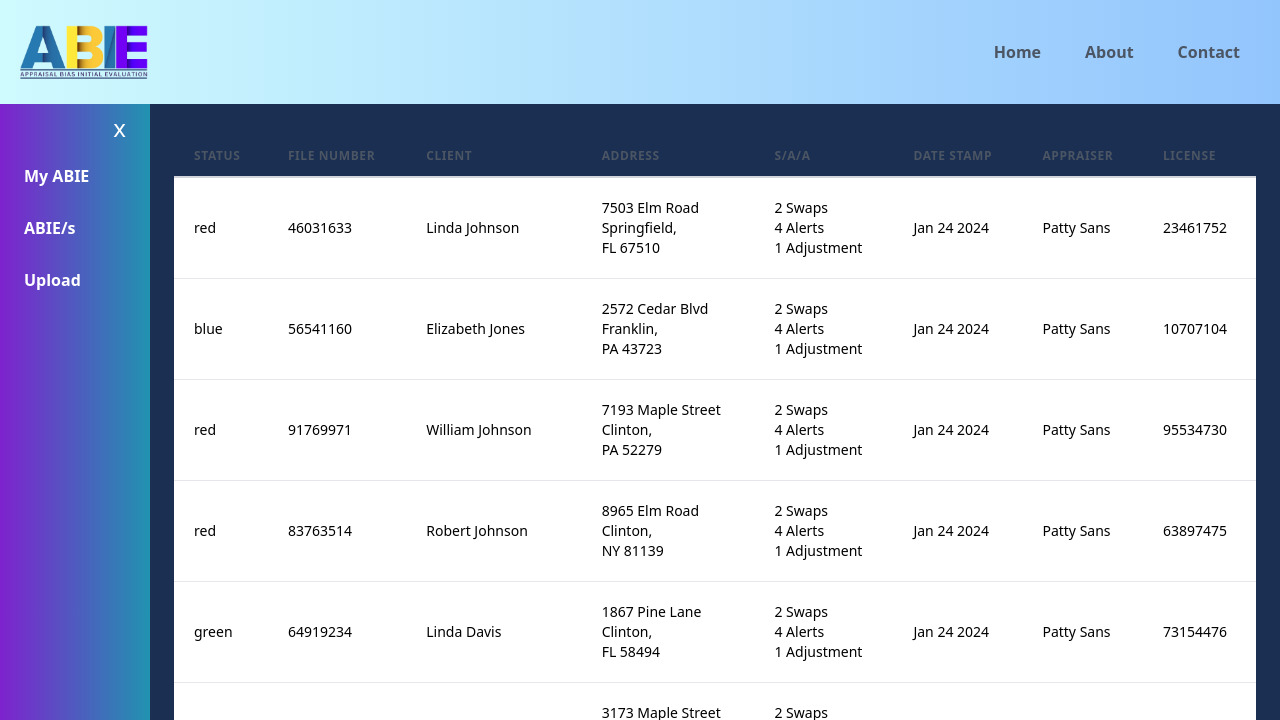
Repository: WafulaLukorito/Abie-frontend
Page: /dashboard
An editor plug-in stored every save of this project. The page is shown before and after the next save, followed by the edit.
The browser window is 1280 px wide. The pictures show the whole page.
An inner scrolling area shows only its first screen. The project was rebuilt for these pictures with package versions that can differ from the ones it lists, and the page was loaded fresh each time. Also part of the build but not shown: vite.config.js, src/components/Header/Button.jsx, src/components/Header/Links.jsx, src/components/Header/index.jsx, src/pages/Home.jsx, src/pages/About.jsx.

Above is the page before, as saved 2024-01-26 18:49:32.

### index.html
<!doctype html>
<html lang="en">
  <head>
    <meta charset="UTF-8" />
    <link rel="icon" type="image/svg+xml" href="src\assets\logo.png" />
    <meta name="viewport" content="width=device-width, initial-scale=1.0" />
    <title>Vite + React</title>
  </head>
  <body>
    <div id="root"></div>
    <script type="module" src="/src/main.jsx"></script>
  </body>
</html>

### src/main.jsx
import React from 'react'
import ReactDOM from 'react-dom/client'
import './index.css'
import { createBrowserRouter, RouterProvider } from 'react-router-dom'

//pages
import Home from './pages/Home'
import About from './pages/About'
import Dashboard from './pages/Dashboard'

const routes = createBrowserRouter([
  {
    path: '/',
    element: <Home/>,
  },
  {
    path: '/about',
    element: <About/>
  },
  {
    path: '/dashboard',
    element: <Dashboard/>
  },
  {
    path: '*',
    element: <div>404 Not Found</div>
  }
])

ReactDOM.createRoot(document.getElementById('root')).render(
  <React.StrictMode>
    <RouterProvider router={routes}/>
  </React.StrictMode>,
)

### src/index.css
@tailwind base;
@tailwind components;
@tailwind utilities;

* {
  margin: 0;
  padding: 0;
  box-sizing: border-box;
}

.sidebar {
  top: 6.5rem;
  background: linear-gradient(to right, #7E22CE, #2193b0);
}

### src/pages/Dashboard.jsx
import React, { useState } from 'react';
import Sidebar from "../components/Sidebar";
import NavBar from "../components/Navbar";
import mock from "./mock.json";

const Dashboard = () => {
    const [isSidebarOpen, setIsSidebarOpen] = useState(true);

    const toggleSidebar = () => {
        setIsSidebarOpen(!isSidebarOpen);
    };

    return (
        <div className="flex h-screen" style={{ backgroundColor: "#1A2F52" }}>
            <Sidebar isOpen={isSidebarOpen} toggleSidebar={toggleSidebar} />
            <div className="flex flex-col flex-1 overflow-hidden">
                <NavBar />

                {/* Main content */}
                <main className={`flex-1 overflow-x-hidden overflow-y-auto ${isSidebarOpen ? 'ml-[150px]' : 'ml-0'}`}>
                <div className="container mx-auto px-6 py-8">
                 <table className="min-w-full leading-normal">
                            <thead>
                                <tr>
                                    <th className="px-5 py-3 border-b-2 border-gray-300 text-left text-xs font-semibold text-gray-600 uppercase tracking-wider">Status</th>
                                    <th className="px-5 py-3 border-b-2 border-gray-300 text-left text-xs font-semibold text-gray-600 uppercase tracking-wider">File Number</th>
                                    <th className="px-5 py-3 border-b-2 border-gray-300 text-left text-xs font-semibold text-gray-600 uppercase tracking-wider">Client</th>
                                    <th className="px-5 py-3 border-b-2 border-gray-300 text-left text-xs font-semibold text-gray-600 uppercase tracking-wider">Address</th>
                                    <th className="px-5 py-3 border-b-2 border-gray-300 text-left text-xs font-semibold text-gray-600 uppercase tracking-wider">S/A/A</th>
                                    <th className="px-5 py-3 border-b-2 border-gray-300 text-left text-xs font-semibold text-gray-600 uppercase tracking-wider">Date Stamp</th>
                                    <th className="px-5 py-3 border-b-2 border-gray-300 text-left text-xs font-semibold text-gray-600 uppercase tracking-wider">Appraiser</th>
                                    <th className="px-5 py-3 border-b-2 border-gray-300 text-left text-xs font-semibold text-gray-600 uppercase tracking-wider">License</th>
                                </tr>
                            </thead>
                            <tbody>
                                {mock.map((item, index) => (
                                    <tr key={index} className="hover:bg-gray-700">
                                        <td className="px-5 py-5 border-b border-gray-200 bg-white text-sm">{item.color}</td>
                                        <td className="px-5 py-5 border-b border-gray-200 bg-white text-sm">{item.file_num}</td>
                                        <td className="px-5 py-5 border-b border-gray-200 bg-white text-sm">{item.client}</td>
                                        <td className="px-5 py-5 border-b border-gray-200 bg-white text-sm">
                                            <div>{item.address.split('\n').map((line, idx) => <div key={idx}>{line}</div>)}</div>
                                        </td>
                                        <td className="px-5 py-5 border-b border-gray-200 bg-white text-sm">
                                        <div>{item['S/A/A'].split('\n').map((line, idx) => <div key={idx}>{line}</div>)}</div></td>
                                        <td className="px-5 py-5 border-b border-gray-200 bg-white text-sm">{item.date_stamp}</td>
                                        <td className="px-5 py-5 border-b border-gray-200 bg-white text-sm">{item.appraiser}</td>
                                        <td className="px-5 py-5 border-b border-gray-200 bg-white text-sm">{item.license}</td>
                                    </tr>
                                ))}
                            </tbody>
                        </table>
                    </div>
                </main>
            </div>
        </div>
    );
}

export default Dashboard;

### src/components/Navbar/index.jsx
import React from "react";
import Logo from "../../assets/logo.png"
import { Link } from "react-router-dom";

export default function NavBar() {
  return (
    <header className="text-gray-600 body-font bg-gradient-to-r from-cyan-100 to-blue-300 text-blue-800">
      <div className="container mx-auto flex flex-wrap p-5 flex-col md:flex-row items-center">
        <a className="w-32 h-16 flex title-font font-medium items-center text-gray-900 mb-4 md:mb-0">
            <img src={Logo} alt="Logo" className="w-full h-full object-contain" />
        </a>
        <nav className="md:ml-auto flex flex-wrap items-center text-base justify-center text-2xl font-semibold gap-x-6">
          <Link to='/' className="mr-5 hover:text-gray-900">Home</Link>
          <Link to='/about' className="mr-5 hover:text-gray-900">About</Link>
          <a className="mr-5 hover:text-gray-900">Contact</a>
        </nav>
      </div>
    </header>
  );
}

### src/components/Sidebar/index.jsx
import React from 'react';

const Sidebar = ({ isOpen, toggleSidebar }) => {
  // Removed the internal state management for isSidebarOpen

  return (
    <div>
      {/* Sidebar */}
      <div className={`sidebar fixed top-0 bottom-0 lg:left-0 p-2 w-[150px] overflow-y-auto text-right ${isOpen ? 'bg-purple-700' : 'hidden'}`}>

        {/* Toggle button inside sidebar when open */}
        {isOpen && (
          <span
            className="text-white text-2xl z-50 top-0 button-style mt-3 cursor-pointer hover:bg-blue-600 rounded-full py-2 px-4"
            onClick={toggleSidebar}
          >
            {"x"}
          </span>
        )}

        {/* Add a little space after the toggle button */}
        <div className="mt-2"></div>

        {/* My ABIE link */}
        <div className="flex items-center button-style mt-3 cursor-pointer hover:bg-blue-600 text-white rounded-full py-2 px-4">
          <span className="font-bold">My ABIE</span>
        </div>

        {/* ABIE/s */}
        <div className="flex items-center button-style mt-3 cursor-pointer hover:bg-blue-600 text-white rounded-full py-2 px-4">
          <span className="font-bold">ABIE/s</span>
        </div>

        {/* Upload */}
        <div className="flex items-center button-style mt-3 cursor-pointer hover:bg-blue-600 text-white rounded-full py-2 px-4">
          <span className="font-bold">Upload</span>
        </div>

      </div>

      {/* Toggle button outside sidebar when closed */}
      {!isOpen && (
        <span
          className="sidebar absolute text-white top-2 left-0 cursor-pointer z-20 bg-purple-700 p-0 rounded-md"
          onClick={toggleSidebar}
        >
          {"Menu"}
        </span>
      )}
    </div>
  );
};

export default Sidebar;

### src/pages/mock.json
[
    {
        "color": "red",
        "file_num": "46031633",
        "client": "Linda Johnson",
        "address": "7503 Elm Road\nSpringfield,\nFL 67510",
        "S/A/A": "2 Swaps\n4 Alerts\n1 Adjustment",
        "date_stamp": "Jan 24 2024",
        "appraiser": "Patty Sans",
        "license": "23461752"
    },
    {
        "color": "blue",
        "file_num": "56541160",
        "client": "Elizabeth Jones",
        "address": "2572 Cedar Blvd\nFranklin,\nPA 43723",
        "S/A/A": "2 Swaps\n4 Alerts\n1 Adjustment",
        "date_stamp": "Jan 24 2024",
        "appraiser": "Patty Sans",
        "license": "10707104"
    },
    {
        "color": "red",
        "file_num": "91769971",
        "client": "William Johnson",
        "address": "7193 Maple Street\nClinton,\nPA 52279",
        "S/A/A": "2 Swaps\n4 Alerts\n1 Adjustment",
        "date_stamp": "Jan 24 2024",
        "appraiser": "Patty Sans",
        "license": "95534730"
    },
    {
        "color": "red",
        "file_num": "83763514",
        "client": "Robert Johnson",
        "address": "8965 Elm Road\nClinton,\nNY 81139",
        "S/A/A": "2 Swaps\n4 Alerts\n1 Adjustment",
        "date_stamp": "Jan 24 2024",
        "appraiser": "Patty Sans",
        "license": "63897475"
    },
    {
        "color": "green",
        "file_num": "64919234",
        "client": "Linda Davis",
        "address": "1867 Pine Lane\nClinton,\nFL 58494",
        "S/A/A": "2 Swaps\n4 Alerts\n1 Adjustment",
        "date_stamp": "Jan 24 2024",
        "appraiser": "Patty Sans",
        "license": "73154476"
    },
    {
        "color": "green",
        "file_num": "59057620",
        "client": "Michael Rodriguez",
        "address": "3173 Maple Street\nSpringfield,\nNY 79194",
        "S/A/A": "2 Swaps\n4 Alerts\n1 Adjustment",
        "date_stamp": "Jan 24 2024",
        "appraiser": "Patty Sans",
        "license": "97857475"
    },
    {
        "color": "blue",
        "file_num": "18184892",
        "client": "Patricia Brown",
        "address": "7449 Pine Lane\nGreenville,\nTX 73761",
        "S/A/A": "2 Swaps\n4 Alerts\n1 Adjustment",
        "date_stamp": "Jan 24 2024",
        "appraiser": "Patty Sans",
        "license": "21210081"
    },
    {
        "color": "green",
        "file_num": "38604736",
        "client": "Patricia Johnson",
        "address": "1511 Pine Lane\nSpringfield, \nCA 26949",
        "S/A/A": "2 Swaps\n4 Alerts\n1 Adjustment",
        "date_stamp": "Jan 24 2024",
        "appraiser": "Patty Sans",
        "license": "63797678"
    }
]

Loaded but not shown: tailwind.config.js (common file)

After the next save:
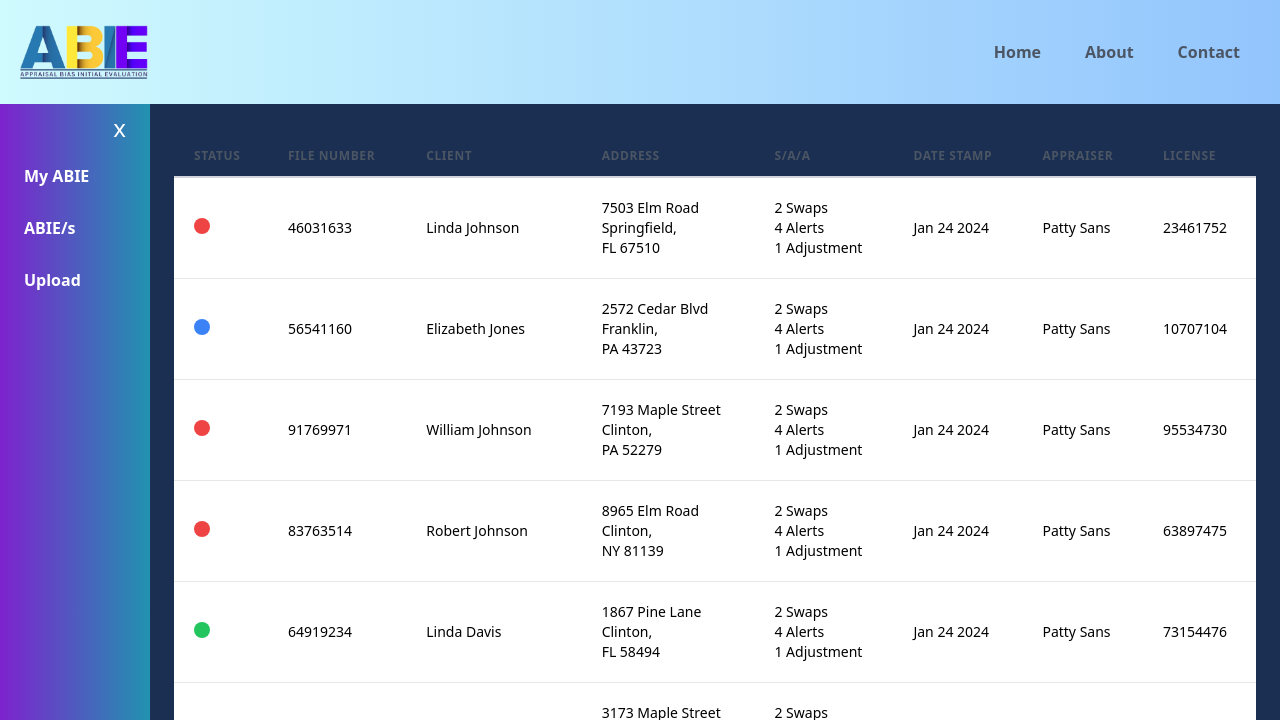
Saved 105 s later.
--- a/src/pages/Dashboard.jsx
+++ b/src/pages/Dashboard.jsx
@@ -33,9 +33,11 @@
                                 </tr>
                             </thead>
                             <tbody>
-                                {mock.map((item, index) => (
-                                    <tr key={index} className="hover:bg-gray-700">
-                                        <td className="px-5 py-5 border-b border-gray-200 bg-white text-sm">{item.color}</td>
+                            {mock.map((item, index) => (
+                    <tr key={index} className="hover:bg-gray-100">
+                        <td className="px-5 py-5 border-b border-gray-200 bg-white text-sm">
+                            <span className={`h-4 w-4 inline-block rounded-full ${item.color === 'red' ? 'bg-red-500' : item.color === 'green' ? 'bg-green-500' : 'bg-blue-500'}`} />
+                        </td>
                                         <td className="px-5 py-5 border-b border-gray-200 bg-white text-sm">{item.file_num}</td>
                                         <td className="px-5 py-5 border-b border-gray-200 bg-white text-sm">{item.client}</td>
                                         <td className="px-5 py-5 border-b border-gray-200 bg-white text-sm">
